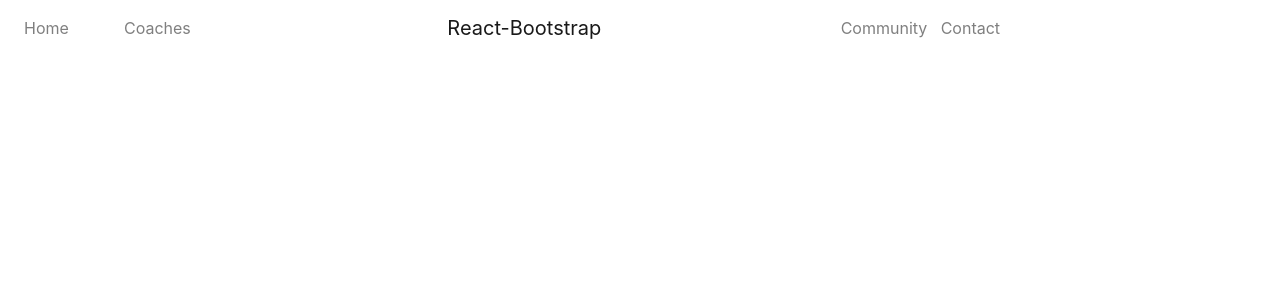
Repository: rihemebh/PersoCoach-Back
Page: / (app in persocoach/persocoach-front/)
These files come from the project's save history. The page is drawn as it stood at one moment and after the next save; the edit follows.
The browser window is 1280 px wide. The pictures show the whole page.
The project was rebuilt for these pictures with package versions that can differ from the ones it lists, and the page was loaded fresh each time.

Above is the page before, as saved 2021-04-18 01:10:52.

After the next save:
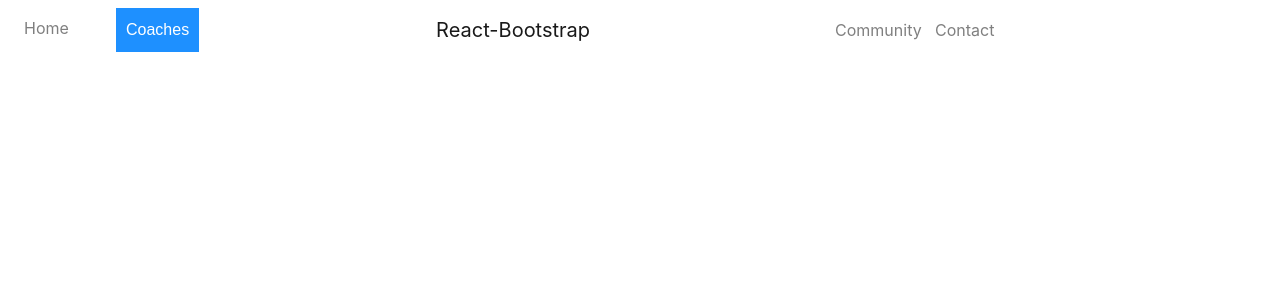
Saved 14 s later.
--- a/persocoach/persocoach-front/src/Mynavbar.js
+++ b/persocoach/persocoach-front/src/Mynavbar.js
@@ -18,7 +18,7 @@
       <Navbar.Collapse >
         <Nav className="mr-auto">
           <Nav.Link href="#home" style={{width: "100px" }}>Home</Nav.Link>
-          <Nav.Link href="#link" style={{width: "100px" }} >Coaches</Nav.Link>
+          <Nav.Link href="#link" style={{width: "100px" }} style={mystyle} >Coaches</Nav.Link>
         </Nav>
         <Navbar.Brand href="#home" className="mr-auto" >React-Bootstrap</Navbar.Brand>
         <Nav className="mr-auto" id="basic-navbar-nav">
